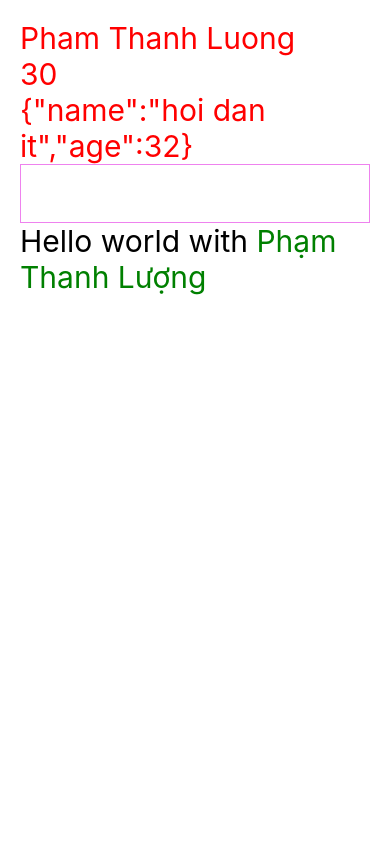
Repository: LuongPTCE181311/React-Native-Ultimate
Screen: /
These files come from the project's save history. The screen is drawn as it stood at one moment and after a run of saves; the edit follows.
The app was drawn by React Native's web renderer in a window 390 px wide. The project was rebuilt for these pictures with package versions that can differ from the ones it lists, and the page was loaded fresh each time. Some packages were replaced by stand-ins written for this rebuild.

Above is the screen before, as saved 2026-05-30 15:26:20.

After the next 4 saves:
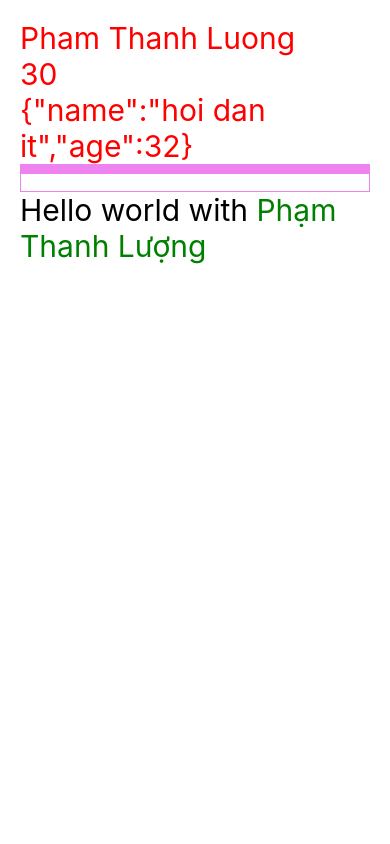
The 4 saves are shown as one change because 1 did not build or start and some came seconds apart.
The last was saved 44 s later.
--- a/App.tsx
+++ b/App.tsx
@@ -52,6 +52,6 @@ const styles = StyleSheet.create({
   borderInput: {
     borderColor: "violet",
     borderWidth: 1,
-    padding: 20
+    borderTopWidth: 10
   }
 });
